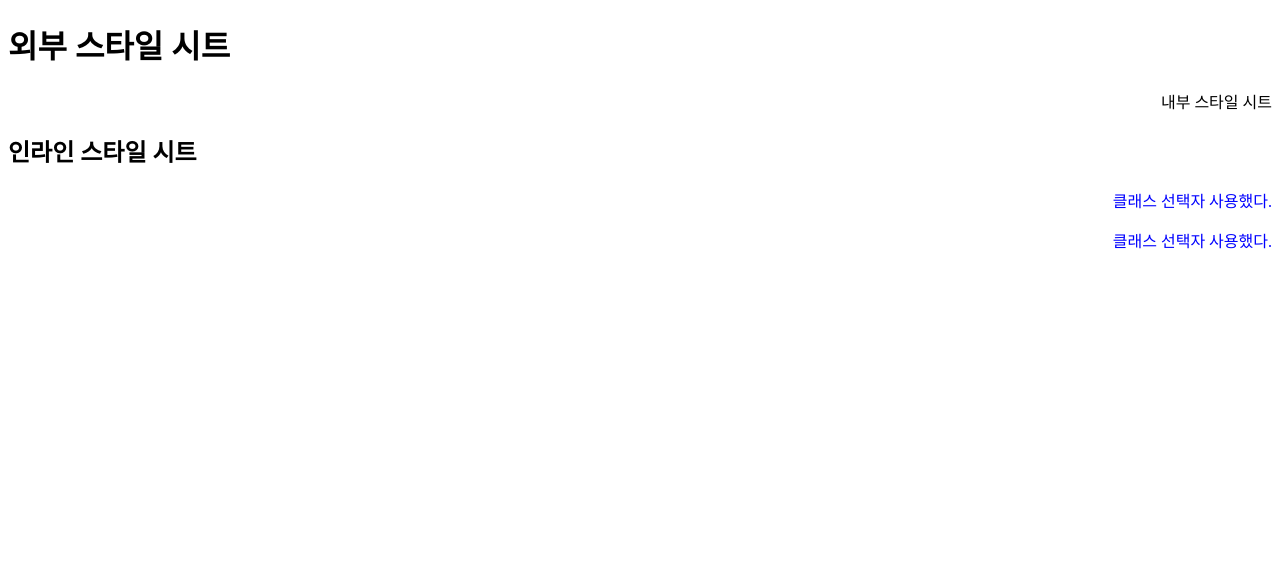
Repository: bh03/bh03.github.io
Page: css.html
The author's editor kept a record of every edit. The page is drawn from the files as they stood at one moment, then again after the next edit.
The browser window is 1280 px wide. The pictures show the whole page.

Above is the page before.

### css.html
<!DOCTYPE html>
<html>
    <head>
        <meta charset="UTF-8">
        <title> 외부 스타일 시트 방식 </title>
        <link rel="stylesheet" href="test.css" type="test/css">
        <style type="text/css">
            .test{font-family:궁서; color:blue;}
        </style>
    </head>
    <body>
        <h1> 외부 스타일 시트 </h1>
        <p align="right">내부 스타일 시트</p>
        <h2 style=font-family:고딕;> 인라인 스타일 시트</h2>
        <p class="test" align="right"> 클래스 선택자 사용했다.</p>
        <p class="test" align="right"> </p>
        <p class="test" align="right"> </p>
        <p class="test" align="right"> </p>
        <p class="test" align="right"> </p>
        <p class="test" align="right"> </p>
        <p class="test" align="right"> </p>
        <p class="test" align="right"> </p>
        <p class="test" align="right"> 클래스 선택자 사용했다.</p>
    </body>

</html>

After the next edit:
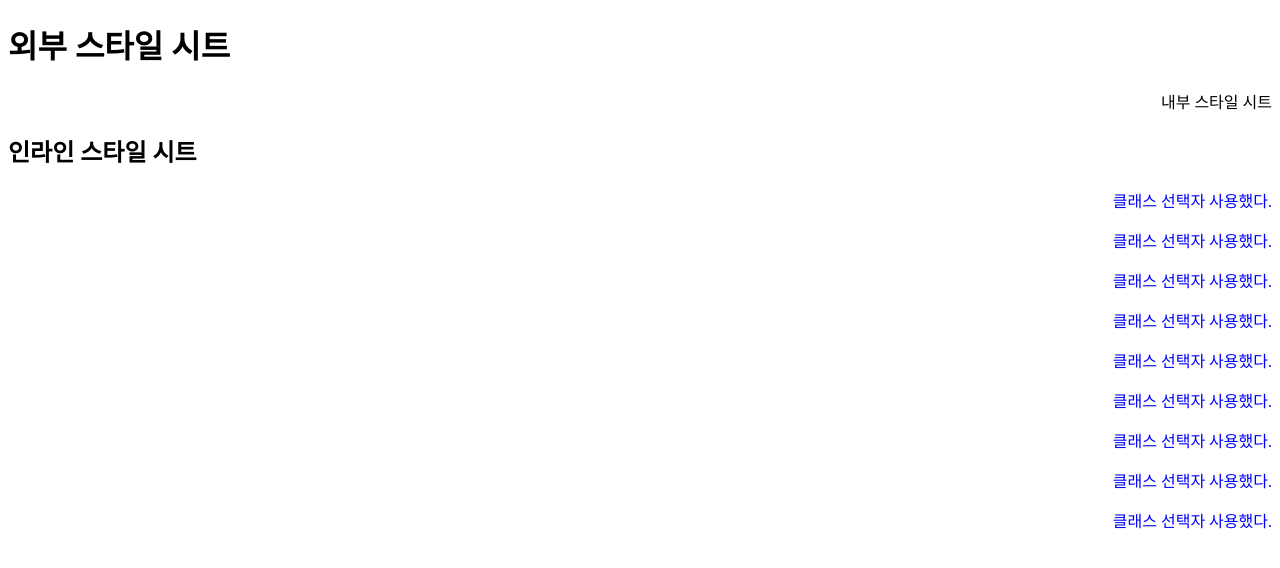
The edit:
--- a/css.html
+++ b/css.html
@@ -13,13 +13,13 @@
         <p align="right">내부 스타일 시트</p>
         <h2 style=font-family:고딕;> 인라인 스타일 시트</h2>
         <p class="test" align="right"> 클래스 선택자 사용했다.</p>
-        <p class="test" align="right"> </p>
-        <p class="test" align="right"> </p>
-        <p class="test" align="right"> </p>
-        <p class="test" align="right"> </p>
-        <p class="test" align="right"> </p>
-        <p class="test" align="right"> </p>
-        <p class="test" align="right"> </p>
+        <p class="test" align="right"> 클래스 선택자 사용했다.</p>
+        <p class="test" align="right"> 클래스 선택자 사용했다.</p>
+        <p class="test" align="right"> 클래스 선택자 사용했다.</p>
+        <p class="test" align="right"> 클래스 선택자 사용했다.</p>
+        <p class="test" align="right"> 클래스 선택자 사용했다.</p>
+        <p class="test" align="right"> 클래스 선택자 사용했다.</p>
+        <p class="test" align="right"> 클래스 선택자 사용했다.</p>
         <p class="test" align="right"> 클래스 선택자 사용했다.</p>
     </body>
 
